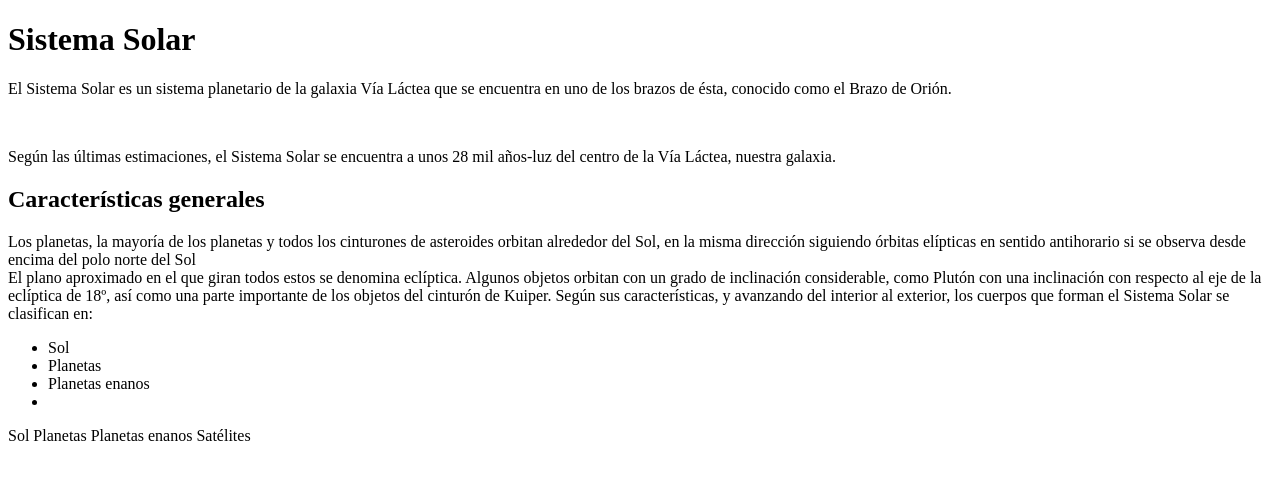
Repository: gustavomanfre/Curso_Front_End_Digitalers
Page: Unidad1/M1 - Laboratorio_02/index.html
The author's editor kept a copy of each file at every save. The page is drawn from the files as they stood at one save, then again after a run of saves.
The browser window is 1280 px wide. The pictures show the whole page.

Above is the page before, as saved 2022-05-25 21:02:02.

After the next 3 saves:
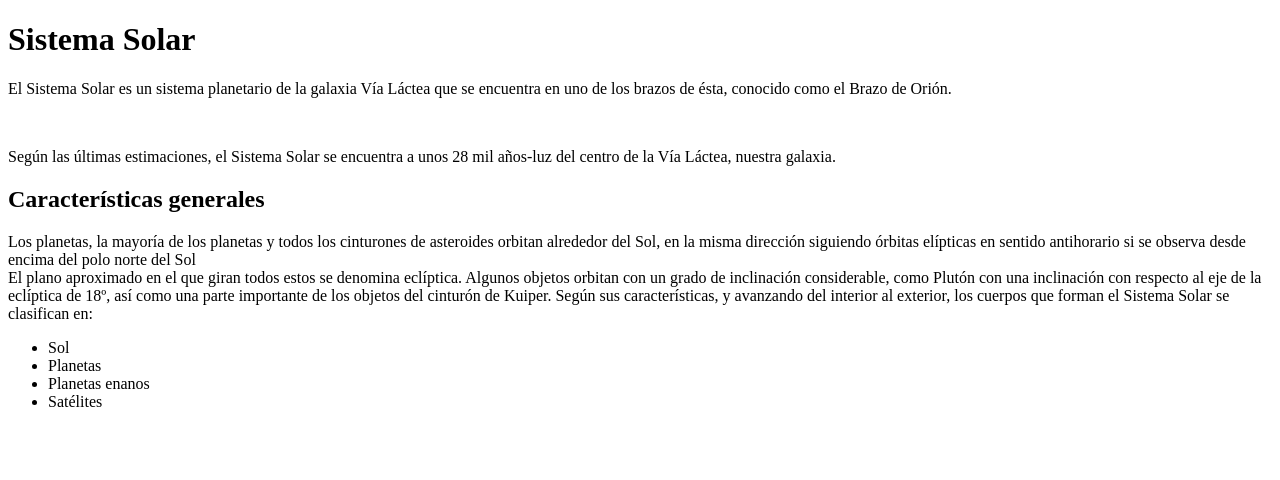
The 3 saves are shown as one change because they came seconds apart.
The last was saved 11 s later.
--- a/Unidad1/M1 - Laboratorio_02/index.html
+++ b/Unidad1/M1 - Laboratorio_02/index.html
@@ -29,8 +29,7 @@
                     <li>Sol</li>
                     <li>Planetas</li>
                     <li>Planetas enanos</li>
-                    <li></li>
-
+                    <li>Satélites</li>
                 </ul>
             </p>
         </section>
@@ -39,7 +38,3 @@
 
 </body>
 </html>
-Sol
-Planetas
-Planetas enanos
-Satélites
